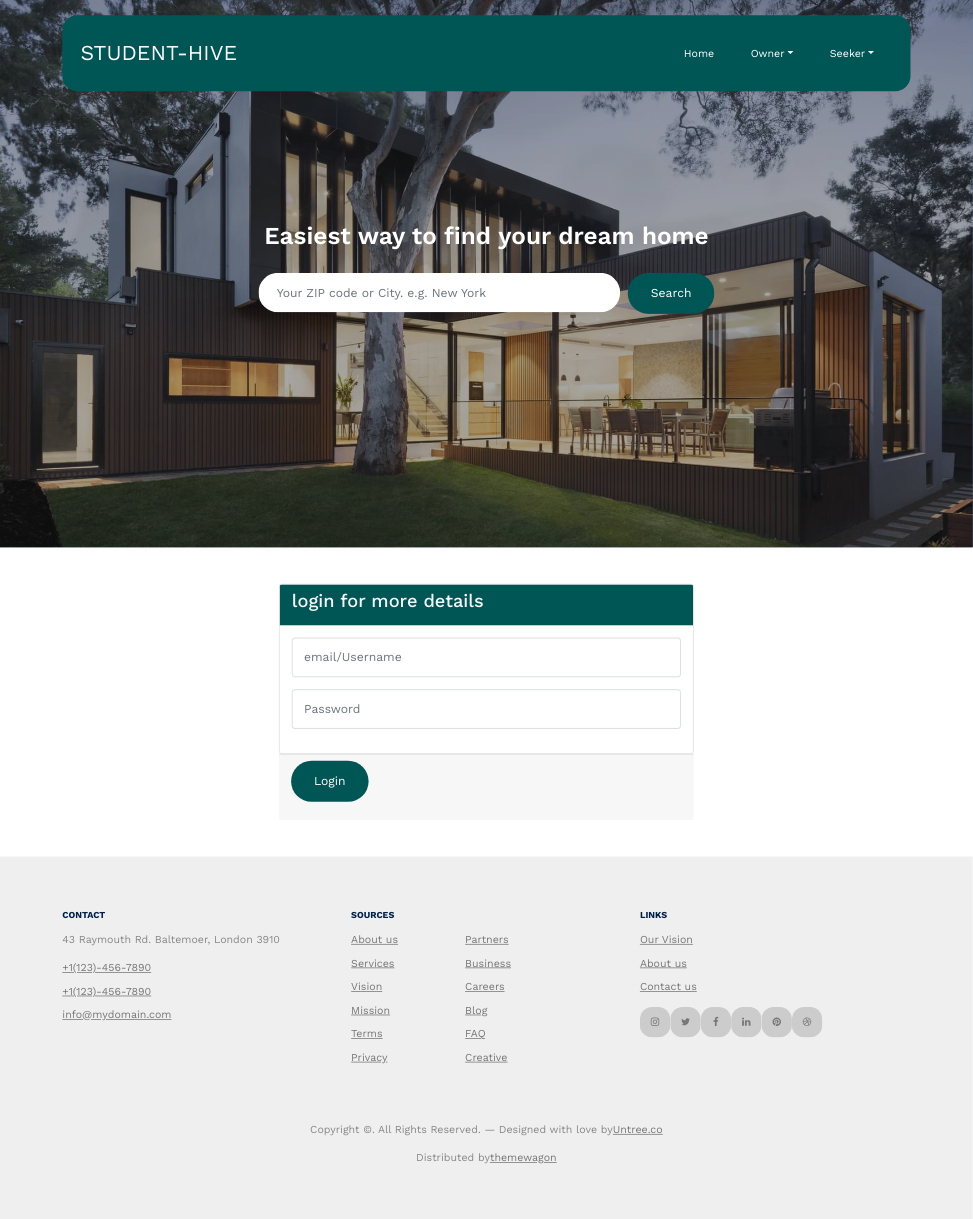
Repository: Farhan0021/Rentalproject
Page: /seeker/login (app in front/)
An editor plug-in stored every save of this project. The page is shown before and after the next save, followed by the edit.
The browser window is 1280 px wide. The pictures show the whole page, at 76% of full size.
The project was rebuilt for these pictures with package versions that can differ from the ones it lists, and the page was loaded fresh each time. Also part of the build but not shown: front/vite.config.js, front/src/pages/Home.jsx, front/src/schema/SeekerSignupSchema.jsx, front/src/pages/seekers/Signup.jsx, front/src/pages/owner/Login.jsx, front/src/schema/OwnerSignupSchema.jsx, front/src/pages/owner/Signup.jsx, front/src/pages/Details.jsx.

Above is the page before, as saved 2025-05-08 12:35:40.
Console error: TypeError: Cannot read properties of null (reading 'style')

### front/index.html
<!doctype html>
<html lang="en">
  <head>
    <meta charset="UTF-8" />
    <link rel="icon" type="image/svg+xml" href="/vite.svg" />
    <meta name="viewport" content="width=device-width, initial-scale=1.0" />
    <title>Vite + React</title>
    <link rel="preconnect" href="https://fonts.googleapis.com" />
    <link rel="preconnect" href="https://fonts.gstatic.com" crossorigin />
    <link
      href="https://fonts.googleapis.com/css2?family=Work+Sans:wght@400;500;600;700&display=swap"
      rel="stylesheet"
    />

    <link rel="stylesheet" href="/Assets/fonts/icomoon/style.css" />
    <link rel="stylesheet" href="/Assets/fonts/flaticon/font/flaticon.css" />

    <link rel="stylesheet" href="/Assets/css/tiny-slider.css" />
    <link rel="stylesheet" href="/Assets/css/aos.css" />
    <link rel="stylesheet" href="/Assets/css/style.css" />

    <link rel="stylesheet" href="https://cdnjs.cloudflare.com/ajax/libs/font-awesome/6.7.2/css/all.min.css" integrity="sha512-Evv84Mr4kqVGRNSgIGL/F/aIDqQb7xQ2vcrdIwxfjThSH8CSR7PBEakCr51Ck+w+/U6swU2Im1vVX0SVk9ABhg==" crossorigin="anonymous" referrerpolicy="no-referrer" />


  </head>
  <body>
    <div id="root"></div>
    <script type="module" src="/src/main.jsx"></script>

    <script src="/Assets/js/bootstrap.bundle.min.js"></script>
    <script src="/Assets/js/tiny-slider.js"></script>
    <script src="/Assets/js/aos.js"></script>
    <script src="/Assets/js/navbar.js"></script>
    <script src="/Assets/js/counter.js"></script>
    <script src="/Assets/js/custom.js"></script>
  </body>
  </body>
</html>

### front/src/main.jsx
import { StrictMode } from 'react'
import { createRoot } from 'react-dom/client'
import App from './App'
import { BrowserRouter } from 'react-router-dom'


createRoot(document.getElementById('root')).render(
  <StrictMode>
    <BrowserRouter>
    <App />
    </BrowserRouter>
  </StrictMode>,
)

### front/src/App.jsx
import React from 'react'
import HeaderNew from './components/HeaderNew'
import Slider from './components/Slider'
import Footer from './components/Footer'
import AllRoutes from './routes/AllRoutes'

const App = () => {
  return (
    <>

    {/* <Header/> */}
    <HeaderNew/>
    <Slider/>
    <AllRoutes/>
    <Footer/>

     </>
  )
}

export default App

### front/src/components/HeaderNew.jsx
import React from'react'
import {NavLink} from 'react-router-dom'

const HeaderNew = () => {
    return (

    <div className="container fixed-top" style={{top:"20px" }}>
     <nav className='navbar navbar-expand-sm navbar-dark bg-green p-4' style={{borderRadius : "20px"}}>
          <NavLink className="navbar-brand" style={{fontSize : "28px"}} to='/'>STUDENT-HIVE</NavLink>
              <button className='navbar-toggler' data-bs-toggle="collapse" data-bs-target="#menu">
                 <span className='navbar-toggler-icon'></span>
              </button>
         <div className='collapse navbar-collapse justify-content-end' id='menu'>
             <ul className='nav navbar-nav'>

                  <li className='nav-item '>
                     <NavLink className="nav-link px-4 " to="/">Home</NavLink>
                    </li>
                <li className='nav-item dropdown'>
                        <a data-bs-toggle="dropdown" className="nav-link px-4 dropdown-toggle" href="#">Owner</a>
                        <div className="dropdown-menu" >
                            <NavLink className="dropdown-item" to="/owner/login">Login</NavLink>
                            <NavLink className="dropdown-item" to="/owner/signup">SignUp</NavLink>
                        </div>

                    </li>


                    <li className='nav-item dropdown'>
                        <a data-bs-toggle="dropdown" className="nav-link px-4 dropdown-toggle" href="#">Seeker</a>
                        <div className="dropdown-menu" >
                            <NavLink className="dropdown-item" to="/seeker/login">Login</NavLink>
                            <NavLink className="dropdown-item" to="/seeker/signup">SignUp</NavLink>
                        </div>

                    </li>


                </ul>
             </div>

             </nav>
       </div>
    )
}

export default HeaderNew

### front/src/components/Slider.jsx
import React from 'react'

const Slider = () => {
    return (
        <div className="hero">
        <div className="hero-slide">
          <div
            className="img overlay"
            style={{backgroundImage: "url('/Assets/images/hero_bg_3.jpg')"}}
          ></div>

        </div>

        <div className="container">
          <div className="row justify-content-center align-items-center">
            <div className="col-lg-9 text-center">
              <h1 className="heading" data-aos="fade-up">
                Easiest way to find your dream home
              </h1>
              <form
                action="#"
                className="narrow-w form-search d-flex align-items-stretch mb-3"
                data-aos="fade-up"
                data-aos-delay="200"
              >
                <input
                  type="text"
                  className="form-control px-4"
                  placeholder="Your ZIP code or City. e.g. New York"
                />
                <button type="submit" className="btn btn-primary">Search</button>
              </form>
            </div>
          </div>
        </div>
      </div>

    )
}
export default Slider

### front/src/components/Footer.jsx
import React from 'react'

const Footer = () => {
    return (
        <div className="site-footer">
        <div className="container">
          <div className="row">
            <div className="col-lg-4">
              <div className="widget">
                <h3>Contact</h3>
                <address>43 Raymouth Rd. Baltemoer, London 3910</address>
                <ul className="list-unstyled links">
                  <li><a href="tel://11234567890">+1(123)-456-7890</a></li>
                  <li><a href="tel://11234567890">+1(123)-456-7890</a></li>
                  <li>
                    <a href="mailto:info@mydomain.com">info@mydomain.com</a>
                  </li>
                </ul>
              </div>

            </div>

            <div className="col-lg-4">
              <div className="widget">
                <h3>Sources</h3>
                <ul className="list-unstyled float-start links">
                  <li><a href="#">About us</a></li>
                  <li><a href="#">Services</a></li>
                  <li><a href="#">Vision</a></li>
                  <li><a href="#">Mission</a></li>
                  <li><a href="#">Terms</a></li>
                  <li><a href="#">Privacy</a></li>
                </ul>
                <ul className="list-unstyled float-start links">
                  <li><a href="#">Partners</a></li>
                  <li><a href="#">Business</a></li>
                  <li><a href="#">Careers</a></li>
                  <li><a href="#">Blog</a></li>
                  <li><a href="#">FAQ</a></li>
                  <li><a href="#">Creative</a></li>
                </ul>
              </div>

            </div>

            <div className="col-lg-4">
              <div className="widget">
                <h3>Links</h3>
                <ul className="list-unstyled links">
                  <li><a href="#">Our Vision</a></li>
                  <li><a href="#">About us</a></li>
                  <li><a href="#">Contact us</a></li>
                </ul>

                <ul className="list-unstyled social">
                  <li>
                    <a href="#"><span className="icon-instagram"></span></a>
                  </li>
                  <li>
                    <a href="#"><span className="icon-twitter"></span></a>
                  </li>
                  <li>
                    <a href="#"><span className="icon-facebook"></span></a>
                  </li>
                  <li>
                    <a href="#"><span className="icon-linkedin"></span></a>
                  </li>
                  <li>
                    <a href="#"><span className="icon-pinterest"></span></a>
                  </li>
                  <li>
                    <a href="#"><span className="icon-dribbble"></span></a>
                  </li>
                </ul>
              </div>

            </div>

          </div>


          <div className="row mt-5">
            <div className="col-12 text-center">


              <p>
                Copyright &copy;
                <script>
                  document.write(new Date().getFullYear());
                </script>
                . All Rights Reserved. &mdash; Designed with love by
                <a href="https://untree.co">Untree.co</a>

              </p>
              <div>
                Distributed by
                <a href="https://themewagon.com/" target="_blank">themewagon</a>
              </div>
            </div>
          </div>
        </div>

      </div>

    )
}
export default Footer

### front/src/routes/AllRoutes.jsx
import React from 'react'
import { Routes, Route } from 'react-router-dom'
import {
    Home,
SeekerLogin,
SeekerSignup,
OwnerLogin,
OwnerSignup,
Details
} from '../pages'

const AllRoutes = () => {
    return(
        <>
        <Routes>
            <Route path='' element= { <Home/>}/>
            <Route path='details' element={<Details/>}/>
            <Route path='seeker/login' element={<SeekerLogin/>}/>
            <Route path='seeker/Signup' element={<SeekerSignup/>}/>

            <Route path='owner/Login' element={<OwnerLogin/>}/>
            <Route path='owner/Signup' element={<OwnerSignup/>}/>
        </Routes>

     </>

    )
}
export default AllRoutes

### front/src/pages/index.jsx
import Home from "./Home";
import SeekerLogin from "./seekers/Login"
import SeekerSignup from "./seekers/Signup";
import OwnerLogin from "./owner/Login"
import OwnerSignup from "./owner/Signup"
import Details from "./Details";

export {Home,Details,SeekerLogin,SeekerSignup,OwnerLogin,OwnerSignup};

### front/src/pages/seekers/Login.jsx
import React, { useEffect } from 'react'
import { useState } from 'react';
import {useFormik} from 'formik'
import LoginSchema from '../../schema/LoginSchema';
import axios from 'axios'
const Login = () => {

  let [errMsg,setErrMsg] = useState("");
  useEffect(()=>{
    window.scroll(0,0);
  },[])

 let loginFrm = useFormik({
  validationSchema : LoginSchema,
  initialValues : {
    email : "",
    password : ""
  },
  onSubmit : (fromData)=>{
    axios.post(`${import.meta.env.VITE_API_URL}/seekerauth`, fromData)
    .then(response=>{
      if(response.data.success==true){

      }
      else{
        if(response.data.errType==1){
          setErrMsg("This Email ID and Password is Incorrect !");

        }
      }
    })
  }
 })
    return (
        <div className="container" style={{minHeigh : "700px"}}>
        <form onSubmit={loginFrm.handleSubmit}>
        <div className="row">
        <div className="col-md-6 offset-md-3 my-5">

         <div className="card">
            <div className="card-header bg-green">
                <h4 className='text-light'>login for more details</h4>
            </div>
            <div className="card-body">

              <div className="row">

                </div>
                <div className="col-12 mb-3">
                  <input
                    type="text"
                    className={"form-control " + (loginFrm.errors.email && loginFrm.touched.email ? 'is-invalid' : '') }
                    placeholder="email/Username"
                    name='email'
                    onChange={loginFrm.handleChange}
                  />
                </div>
                <div className="col-12 mb-3">
                  <input
                    type="Password"
                    className={"form-control " + (loginFrm.errors.password && loginFrm.touched.password ? 'is-invalid' : '') }
                    placeholder="Password"
                    name='password'
                    onChange={loginFrm.handleChange}
                  />
                </div>



              </div>

            </div>
            <div className="card-footer">
            <div className="col-12">
                  <input
                    type="submit"
                    value="Login"
                    className="btn btn-primary"
                  />
                </div>
                <p className='text-danger text-center'>{errMsg}</p>
            </div>
         </div>
         </div>
         </form>
        </div>

    )
}

export default Login

### front/src/schema/LoginSchema.js
import * as YUP from 'yup';

let LoginSchema= YUP.object({
    email : YUP.string().email("Email Id is Invalid").required("Insert Your Email Id "),
    password : YUP.string().required("Insert Your Password Id ")
})

export default LoginSchema;

### front/public/Assets/css/tiny-slider.css
.tns-outer{padding:0 !important}.tns-outer [hidden]{display:none !important}.tns-outer [aria-controls],.tns-outer [data-action]{cursor:pointer}.tns-slider{-webkit-transition:all 0s;-moz-transition:all 0s;transition:all 0s}.tns-slider>.tns-item{-webkit-box-sizing:border-box;-moz-box-sizing:border-box;box-sizing:border-box}.tns-horizontal.tns-subpixel{white-space:nowrap}.tns-horizontal.tns-subpixel>.tns-item{display:inline-block;vertical-align:top;white-space:normal}.tns-horizontal.tns-no-subpixel:after{content:'';display:table;clear:both}.tns-horizontal.tns-no-subpixel>.tns-item{float:left}.tns-horizontal.tns-carousel.tns-no-subpixel>.tns-item{margin-right:-100%}.tns-no-calc{position:relative;left:0}.tns-gallery{position:relative;left:0;min-height:1px}.tns-gallery>.tns-item{position:absolute;left:-100%;-webkit-transition:transform 0s, opacity 0s;-moz-transition:transform 0s, opacity 0s;transition:transform 0s, opacity 0s}.tns-gallery>.tns-slide-active{position:relative;left:auto !important}.tns-gallery>.tns-moving{-webkit-transition:all 0.25s;-moz-transition:all 0.25s;transition:all 0.25s}.tns-autowidth{display:inline-block}.tns-lazy-img{-webkit-transition:opacity 0.6s;-moz-transition:opacity 0.6s;transition:opacity 0.6s;opacity:0.6}.tns-lazy-img.tns-complete{opacity:1}.tns-ah{-webkit-transition:height 0s;-moz-transition:height 0s;transition:height 0s}.tns-ovh{overflow:hidden}.tns-visually-hidden{position:absolute;left:-10000em}.tns-transparent{opacity:0;visibility:hidden}.tns-fadeIn{opacity:1;filter:alpha(opacity=100);z-index:0}.tns-normal,.tns-fadeOut{opacity:0;filter:alpha(opacity=0);z-index:-1}.tns-vpfix{white-space:nowrap}.tns-vpfix>div,.tns-vpfix>li{display:inline-block}.tns-t-subp2{margin:0 auto;width:310px;position:relative;height:10px;overflow:hidden}.tns-t-ct{width:2333.3333333%;width:-webkit-calc(100% * 70 / 3);width:-moz-calc(100% * 70 / 3);width:calc(100% * 70 / 3);position:absolute;right:0}.tns-t-ct:after{content:'';display:table;clear:both}.tns-t-ct>div{width:1.4285714%;width:-webkit-calc(100% / 70);width:-moz-calc(100% / 70);width:calc(100% / 70);height:10px;float:left}

### front/public/Assets/js/navbar.js
(function(){

	'use strict'


	var siteMenuClone = function() {
		var jsCloneNavs = document.querySelectorAll('.js-clone-nav');
		var siteMobileMenuBody = document.querySelector('.site-mobile-menu-body');



		jsCloneNavs.forEach(nav => {
			var navCloned = nav.cloneNode(true);
			navCloned.setAttribute('class', 'site-nav-wrap');
			siteMobileMenuBody.appendChild(navCloned);
		});

		setTimeout(function(){

			var hasChildrens = document.querySelector('.site-mobile-menu').querySelectorAll(' .has-children');

			var counter = 0;
			hasChildrens.forEach( hasChild => {

				var refEl = hasChild.querySelector('a');

				var newElSpan = document.createElement('span');
				newElSpan.setAttribute('class', 'arrow-collapse collapsed');

				// prepend equivalent to jquery
				hasChild.insertBefore(newElSpan, refEl);

				var arrowCollapse = hasChild.querySelector('.arrow-collapse');
				arrowCollapse.setAttribute('data-bs-toggle', 'collapse');
				arrowCollapse.setAttribute('data-bs-target', '#collapseItem' + counter);

				var dropdown = hasChild.querySelector('.dropdown');
				dropdown.setAttribute('class', 'collapse');
				dropdown.setAttribute('id', 'collapseItem' + counter);

				counter++;
			});

		}, 1000);


		// Click js-menu-toggle

		var menuToggle = document.querySelectorAll(".js-menu-toggle");
		var mTog;
		menuToggle.forEach(mtoggle => {
			mTog = mtoggle;
			mtoggle.addEventListener("click", (e) => {
				if ( document.body.classList.contains('offcanvas-menu') ) {
					document.body.classList.remove('offcanvas-menu');
					mtoggle.classList.remove('active');
					mTog.classList.remove('active');
				} else {
					document.body.classList.add('offcanvas-menu');
					mtoggle.classList.add('active');
					mTog.classList.add('active');
				}
			});
		})



		var specifiedElement = document.querySelector(".site-mobile-menu");
		var mt, mtoggleTemp;
		// document.addEventListener('click', function(event) {
		// 	var isClickInside = specifiedElement.contains(event.target);
		// 	menuToggle.forEach(mtoggle => {
		// 		mtoggleTemp = mtoggle
		// 		mt = mtoggle.contains(event.target);
		// 	})

		// 	if (!isClickInside && !mt) {
		// 		if ( document.body.classList.contains('offcanvas-menu') ) {
		// 			document.body.classList.remove('offcanvas-menu');
		// 			mtoggleTemp.classList.remove('active');
		// 		}
		// 	}

		// });

	};
	siteMenuClone();


})()

### front/public/Assets/js/counter.js
(function () {

	'use trict';
// How long you want the animation to take, in ms
const animationDuration = 2000;
// Calculate how long each ‘frame’ should last if we want to update the animation 60 times per second
const frameDuration = 1000 / 60;
// Use that to calculate how many frames we need to complete the animation
const totalFrames = Math.round( animationDuration / frameDuration );
// An ease-out function that slows the count as it progresses
const easeOutQuad = t => t * ( 2 - t );


const numberWithCommas = n => {
	return n.toString().replace(/\B(?=(\d{3})+(?!\d))/g, ',');
}

// The animation function, which takes an Element
const animateCountUp = el => {
	let frame = 0;
	const countTo = parseInt( el.innerHTML, 10 );
	// Start the animation running 60 times per second
	const counter = setInterval( () => {
		frame++;
		// Calculate our progress as a value between 0 and 1
		// Pass that value to our easing function to get our
		// progress on a curve
		const progress = easeOutQuad( frame / totalFrames );
		// Use the progress value to calculate the current count
		const currentCount = Math.round( countTo * progress );

		// If the current count has changed, update the element
		if ( parseInt( el.innerHTML, 10 ) !== currentCount ) {
			el.innerHTML = numberWithCommas(currentCount);
		}

		// If we’ve reached our last frame, stop the animation
		if ( frame === totalFrames ) {
			clearInterval( counter );
		}
	}, frameDuration );
};

// Run the animation on all elements with a class of ‘countup’
const runAnimations = () => {
	const countupEls = document.querySelectorAll( '.countup' );
	countupEls.forEach( animateCountUp );
};




// In Viewed
var elements;
var windowHeight;

function init() {
	elements = document.querySelectorAll('.section-counter');
	windowHeight = window.innerHeight;
}

function checkPosition() {
	var i;
	for (i = 0; i < elements.length; i++) {
		var element = elements[i];
		var positionFromTop = elements[i].getBoundingClientRect().top;
		if (positionFromTop - windowHeight <= 0) {
			if( !element.classList.contains('viewed') ) {
				element.classList.add('viewed');
				runAnimations();
			} else {
				if ( element.classList.contains('viewed') ) {

				}
			}

		}
	}
}

window.addEventListener('scroll', checkPosition);
window.addEventListener('resize', init);

init();
checkPosition();


})()

### front/public/Assets/js/custom.js
(function () {

	'use strict'


	AOS.init({
		duration: 800,
		easing: 'slide',
		once: true
	});

	var preloader = function() {

		var loader = document.querySelector('.loader');
		var overlay = document.getElementById('overlayer');

		function fadeOut(el) {
			el.style.opacity = 1;
			(function fade() {
				if ((el.style.opacity -= .1) < 0) {
					el.style.display = "none";
				} else {
					requestAnimationFrame(fade);
				}
			})();
		};

		setTimeout(function() {
			fadeOut(loader);
			fadeOut(overlay);
		}, 200);
	};
	preloader();


	var tinySdlier = function() {

		var heroSlider = document.querySelectorAll('.hero-slide');
		var propertySlider = document.querySelectorAll('.property-slider');
		var imgPropertySlider = document.querySelectorAll('.img-property-slide');
		var testimonialSlider = document.querySelectorAll('.testimonial-slider');


		if ( heroSlider.length > 0 ) {
			var tnsHeroSlider = tns({
				container: '.hero-slide',
				mode: 'carousel',
				speed: 700,
				autoplay: true,
				controls: false,
				nav: false,
				autoplayButtonOutput: false,
				controlsContainer: '#hero-nav',
			});
		}


		if ( imgPropertySlider.length > 0 ) {
			var tnsPropertyImageSlider = tns({
				container: '.img-property-slide',
				mode: 'carousel',
				speed: 700,
				items: 1,
				gutter: 30,
				autoplay: true,
				controls: false,
				nav: true,
				autoplayButtonOutput: false
			});
		}

		if ( propertySlider.length> 0 ) {
			var tnsSlider = tns({
				container: '.property-slider',
				mode: 'carousel',
				speed: 700,
				gutter: 30,
				items: 3,
				autoplay: true,
				autoplayButtonOutput: false,
				controlsContainer: '#property-nav',
				responsive: {
					0: {
						items: 1
					},
					700: {
						items: 2
					},
					900: {
						items: 3
					}
				}
			});
		}


		if ( testimonialSlider.length> 0 ) {
			var tnsSlider = tns({
				container: '.testimonial-slider',
				mode: 'carousel',
				speed: 700,
				items: 3,
				gutter: 50,
				autoplay: true,
				autoplayButtonOutput: false,
				controlsContainer: '#testimonial-nav',
				responsive: {
					0: {
						items: 1
					},
					700: {
						items: 2
					},
					900: {
						items: 3
					}
				}
			});
		}
	}
	tinySdlier();



})()

Loaded but not shown: front/public/Assets/fonts/icomoon/style.css (common file); front/public/Assets/fonts/flaticon/font/flaticon.css (common file); front/public/Assets/css/aos.css (library); front/public/Assets/css/style.css (library); front/public/Assets/js/bootstrap.bundle.min.js (library); front/public/Assets/js/aos.js (library); front/public/Assets/js/tiny-slider.js (3208 lines, source omitted)

After the next save:
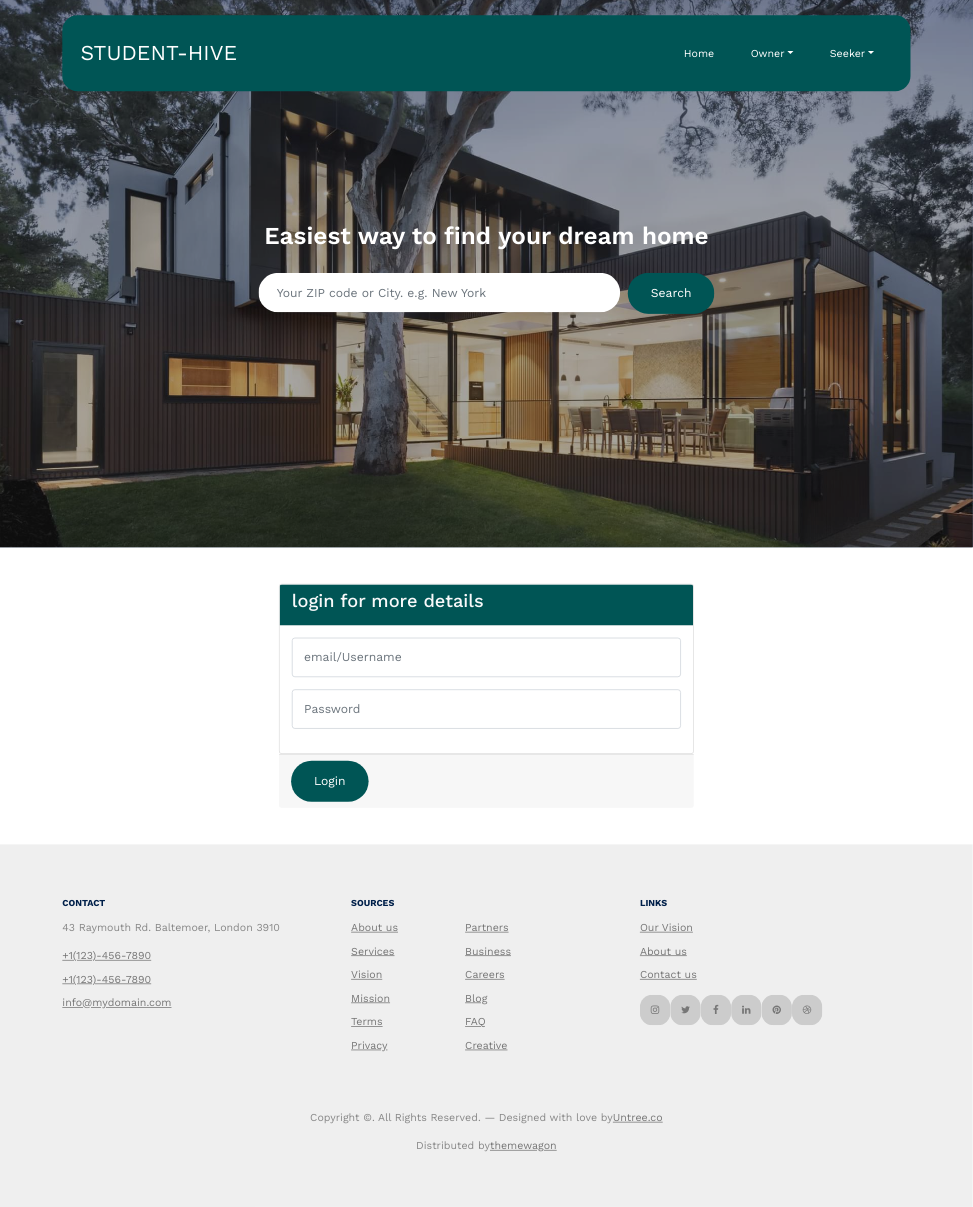
Saved 96 s later.
--- a/front/src/pages/seekers/Login.jsx
+++ b/front/src/pages/seekers/Login.jsx
@@ -64,6 +64,7 @@ const Login = () => {
                     onChange={loginFrm.handleChange}
                   />
                 </div>
+                <p className='text-danger text-center'>{errMsg}</p>
 
 
 
@@ -78,7 +79,7 @@ const Login = () => {
                     className="btn btn-primary"
                   />
                 </div>
-                <p className='text-danger text-center'>{errMsg}</p>
+
             </div>
          </div>
          </div>
